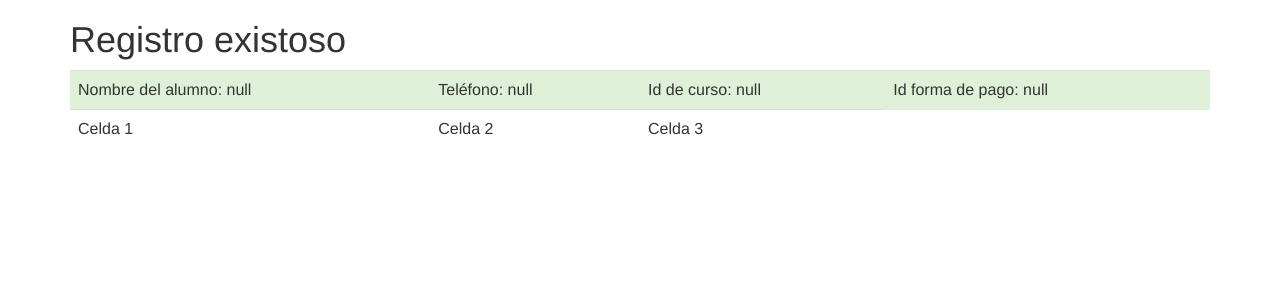
Repository: MarceArratia/ProyectosJava
Page: http://localhost/ListarInscripciones/preConfirmacion
The author's editor kept a copy of each file at every save. The page is drawn from the files as they stood at one save, then again after the next save.
The browser window is 1280 px wide. The pictures show the whole page.
The page is served by Tomcat 9. Other server files are loaded and not shown.

Above is the page before, as saved 2020-07-29 00:37:06.

### ListarInscripciones/WebContent/confirmacion.jsp
<%@ page language="java" contentType="text/html; charset=UTF-8" pageEncoding="UTF-8"%>
<%

   String nombre = request.getParameter("nombre");
   String celular = request.getParameter("telefono");
   String idCurso = request.getParameter("idCurso");
   String idFormaDePago = request.getParameter("idFormaPago");
%>

<html>
<head>
<meta charset="ISO-8859-1">
<link rel="stylesheet" href="https://maxcdn.bootstrapcdn.com/bootstrap/3.4.0/css/bootstrap.min.css">
<script src="https://ajax.googleapis.com/ajax/libs/jquery/3.4.0/jquery.min.js"></script>
<script src="https://maxcdn.bootstrapcdn.com/bootstrap/3.4.0/js/bootstrap.min.js"></script>
<title>Confirmacion</title>
</head>
<body>
<div class="container">

   <h1>Registro existoso</h1>
   <table class="table">
   <tr class="table-active"><%= " " %>
<td class="bg-success">Nombre del alumno: <%=nombre%></td>
<td class="bg-success">Teléfono: <%=celular%></td>
<td class="bg-success">Id de curso: <%=idCurso%></td>
<td class="bg-success">Id forma de pago: <%=idFormaDePago%></td>
</tr>
<tr>
<td>Celda 1</td>

<td>Celda 2</td>

<td>Celda 3</td>

</tr>
 </table>
</div>
</body>
</html>

### ListarInscripciones/src/com/desafiolatam/servlets/PreConfirmacion.java
package com.desafiolatam.servlets;

import java.io.IOException;

import javax.servlet.ServletException;
import javax.servlet.annotation.WebServlet;
import javax.servlet.http.HttpServlet;
import javax.servlet.http.HttpServletRequest;
import javax.servlet.http.HttpServletResponse;

@WebServlet("/preConfirmacion")
public class PreConfirmacion extends HttpServlet
{
   protected void doGet(HttpServletRequest request ,HttpServletResponse response)
		   								   throws ServletException
                                          ,IOException
   {
       // redirecciono el request a la pagina JSP
      request.getRequestDispatcher("confirmacion.jsp").forward(request, response);
   }
}

After the next save:
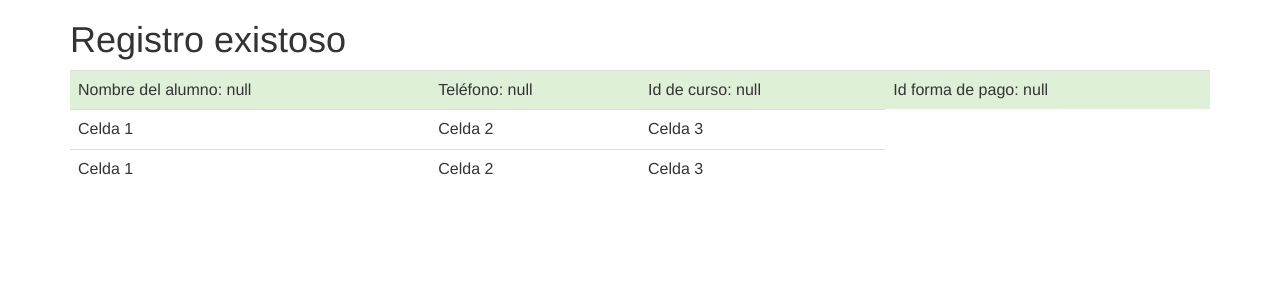
Saved 3 min 30 s later.
--- a/ListarInscripciones/WebContent/confirmacion.jsp
+++ b/ListarInscripciones/WebContent/confirmacion.jsp
@@ -27,13 +27,24 @@
 <td class="bg-success">Id forma de pago: <%=idFormaDePago%></td>
 </tr>
 <tr>
-<td>Celda 1</td>
+  <tr>
 
-<td>Celda 2</td>
+    <td>Celda 1</td>
 
-<td>Celda 3</td>
+    <td>Celda 2</td>
 
-</tr>
+    <td>Celda 3</td>
+
+  </tr>
+    <tr>
+
+    <td>Celda 1</td>
+
+    <td>Celda 2</td>
+
+    <td>Celda 3</td>
+
+  </tr>
  </table>
 </div>
 </body>
